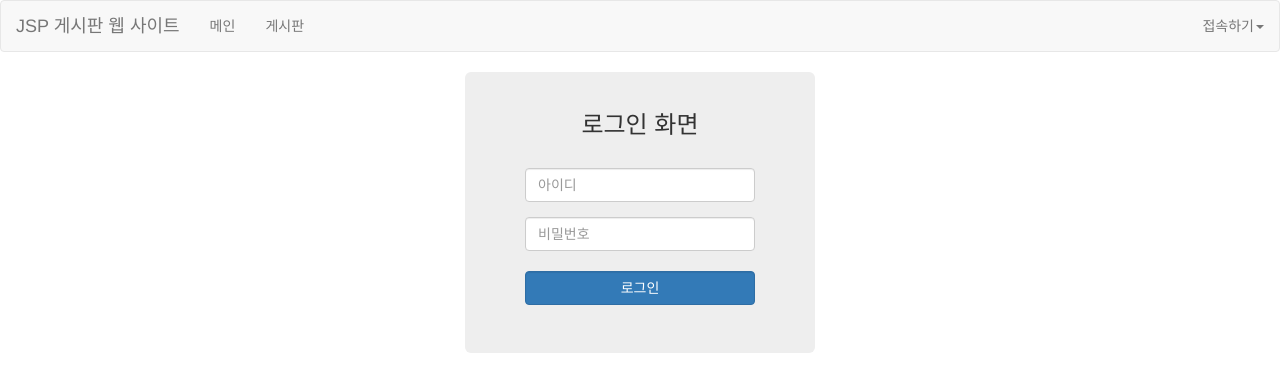
Repository: chyun94/JSP-
Page: http://localhost/BBS/main.jsp
The author's editor kept a copy of each file at every save. The page is drawn from the files as they stood at one save, then again after the next save.
The browser window is 1280 px wide. The pictures show the whole page.
Some web libraries are served in a nearby version. The page is served by Tomcat 9.

Above is the page before, as saved 2021-05-08 14:13:07.

After the next save:
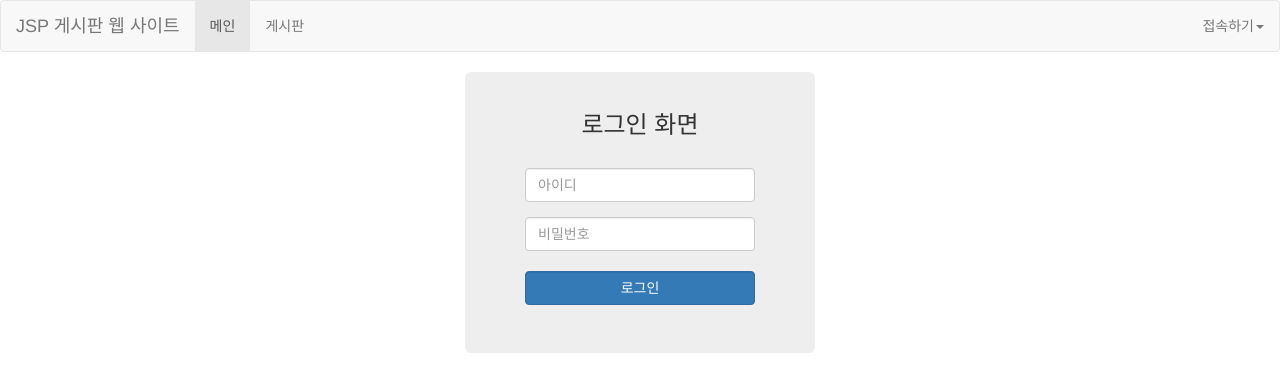
Saved 41 s later.
--- a/BBS/WebContent/main.jsp
+++ b/BBS/WebContent/main.jsp
@@ -33,7 +33,7 @@
 		<div class="collapse navbar-collapse"
 			id="bs-example-navbar-collapse-1">
 			<ul class="nav navbar-nav">
-				<li><a href="main.jsp">메인</a></li>
+				<li class="active"><a href="main.jsp">메인</a></li>
 				<li><a href="bbs.jsp">게시판</a></li>
 			</ul>
 
@@ -44,7 +44,7 @@
 				aria-expanded="false">접속하기<span class="caret"></span></a>
 
 				<ul class="dropdown-menu">
-					<li class="active"><a href="login.jsp">로그인</a></li>
+					<li><a href="login.jsp">로그인</a></li>
 					<li><a href="join.jsp">회원가입</a></li>
 				</ul>
 			</li>
